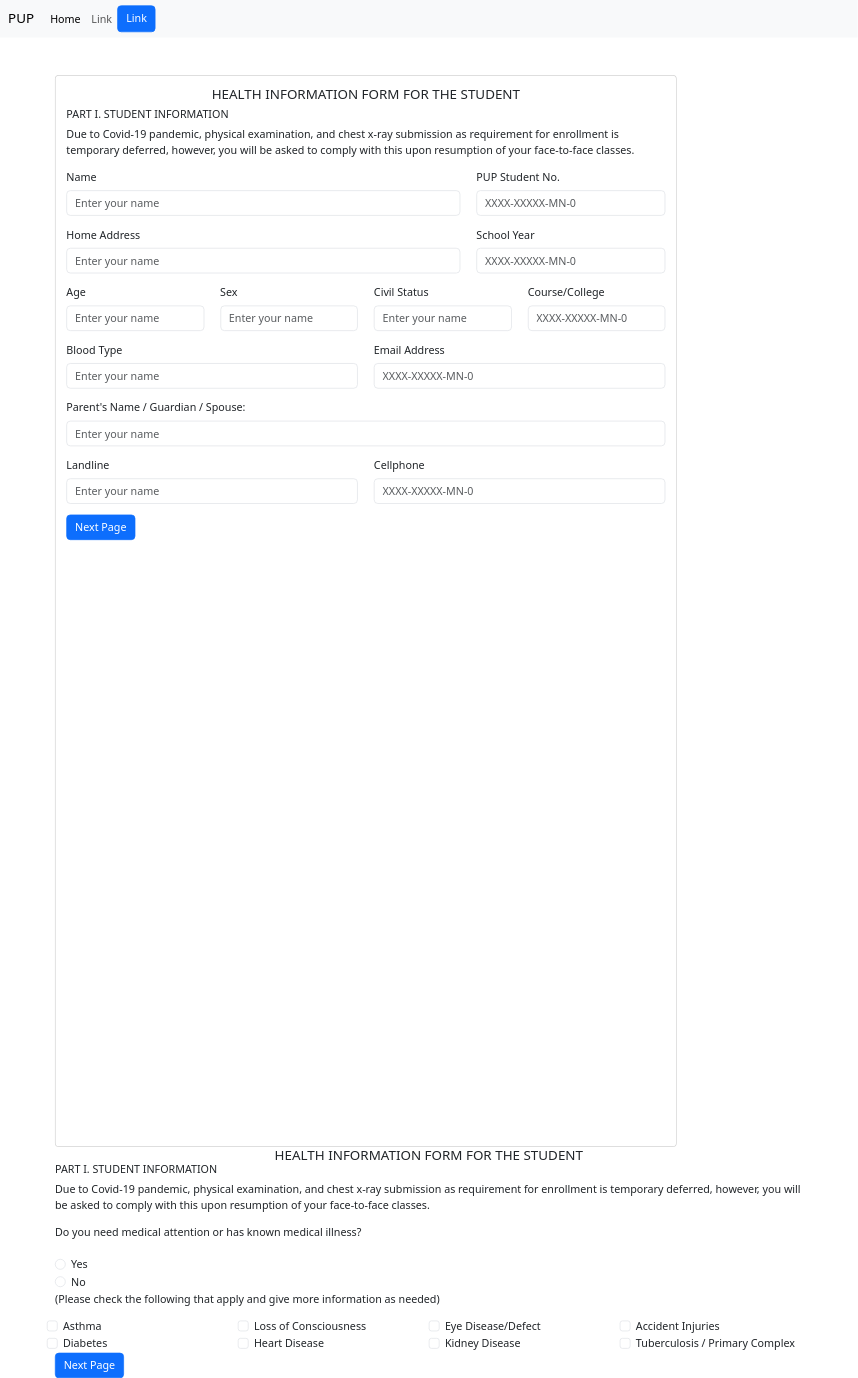
Repository: Nicktacku/webdev
Page: form.html
These files come from the project's save history. The page is drawn as it stood at one moment and after the next save; the edit follows.
The browser window is 1280 px wide. The pictures show the whole page, at 67% of full size.

Above is the page before, as saved 2024-07-15 18:31:15.

After the next save:
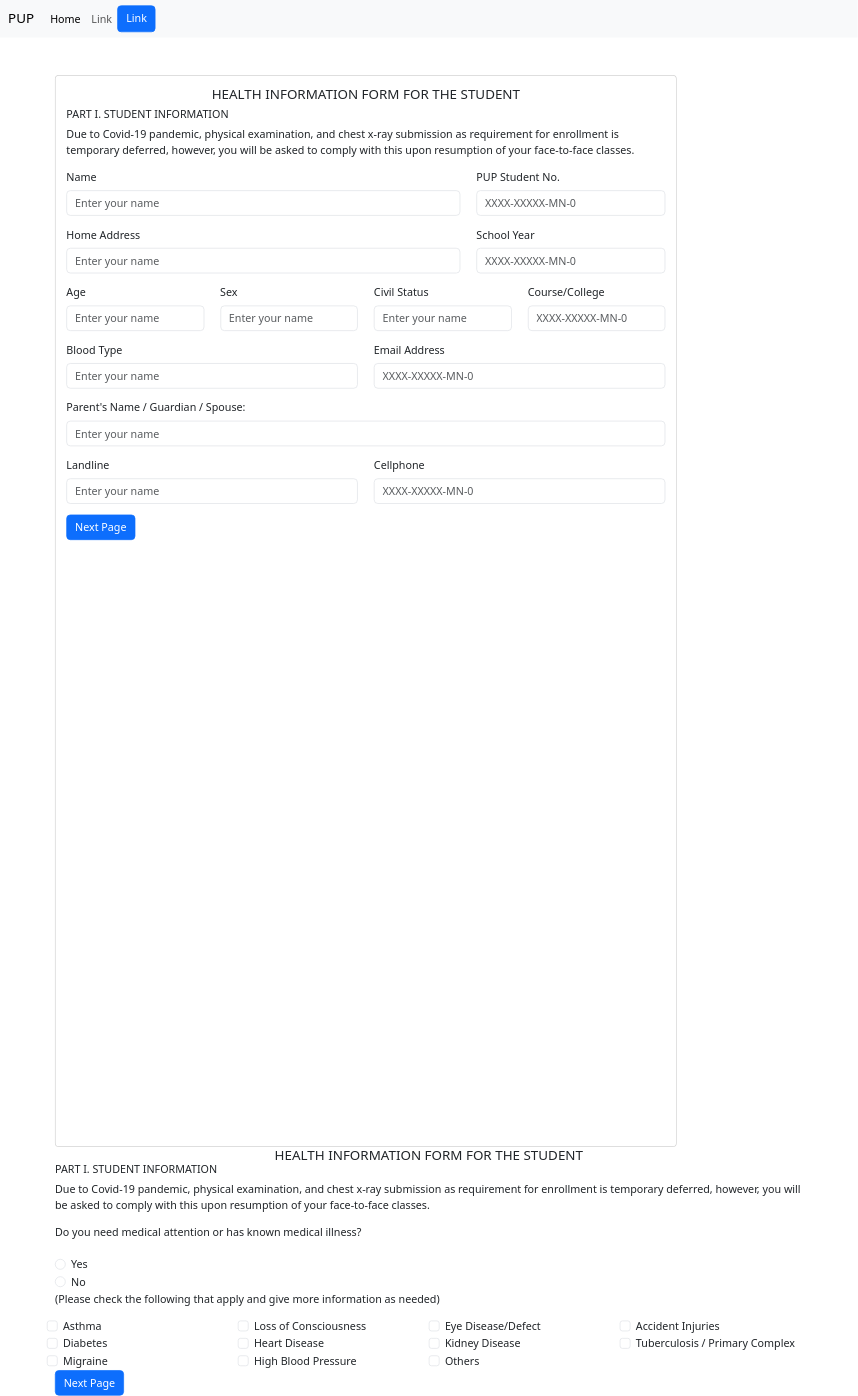
Saved 6 min 10 s later.
--- a/form.html
+++ b/form.html
@@ -230,6 +230,24 @@
                             Tuberculosis / Primary Complex
                     </label>
                     </div>
+                    <div class="form-check col-3">
+                        <input class="form-check-input" type="checkbox" value="" id="flexCheckDefault">
+                        <label class="form-check-label" for="flexCheckDefault">
+                            Migraine
+                    </label>
+                    </div>
+                    <div class="form-check col-3">
+                        <input class="form-check-input" type="checkbox" value="" id="flexCheckDefault">
+                        <label class="form-check-label" for="flexCheckDefault">
+                            High Blood Pressure
+                    </label>
+                    </div>
+                    <div class="form-check col-3">
+                        <input class="form-check-input" type="checkbox" value="" id="flexCheckDefault">
+                        <label class="form-check-label" for="flexCheckDefault">
+                            Others
+                    </label>
+                    </div>
                   </div>
             </div>
           </div>
